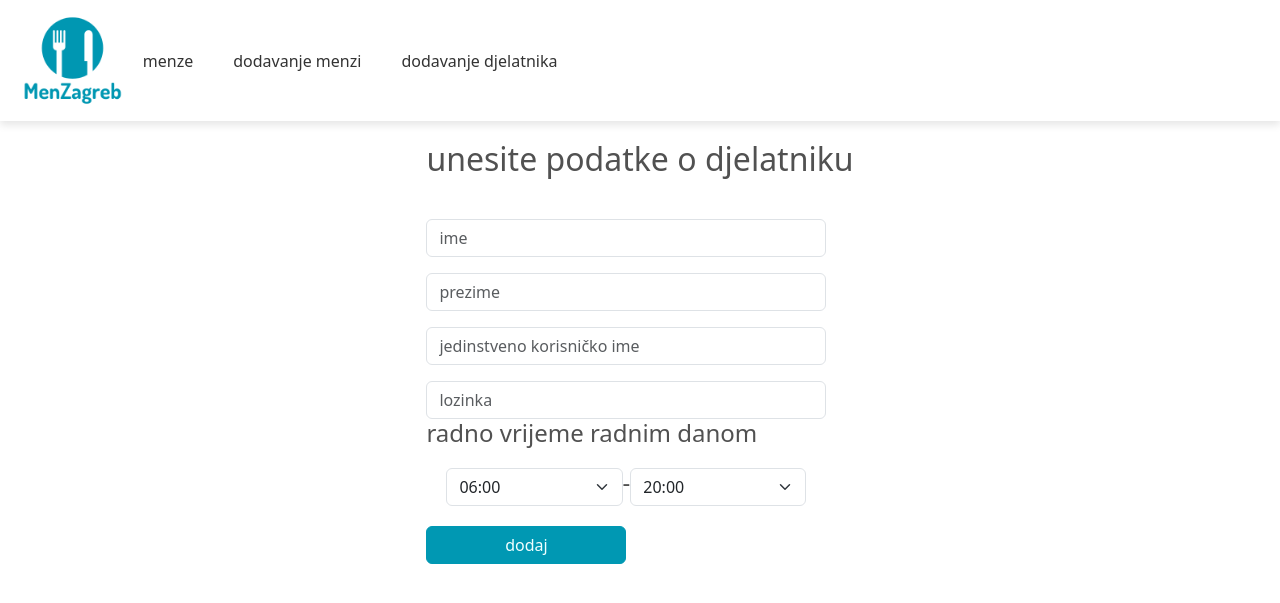
Repository: MENZG/menZg
Page: /admin/dodajDjelatnika (app in IzvorniKod/)
These files come from the project's save history. The page is drawn as it stood at one moment and after the next save; the edit follows.
The browser window is 1280 px wide. The pictures show the whole page.
The project was rebuilt for these pictures with package versions that can differ from the ones it lists, and the page was loaded fresh each time. Also part of the build but not shown: IzvorniKod/vite.config.ts, IzvorniKod/src/Components/LoginForm.tsx, IzvorniKod/src/Components/AdminLogin.tsx, IzvorniKod/src/Components/EmployeeLogin.tsx, IzvorniKod/src/Components/NavBar.tsx, IzvorniKod/src/Components/ListaMenza.tsx, IzvorniKod/src/Components/Profil.tsx, IzvorniKod/src/Components/AddMenza.tsx and 5 more.

Above is the page before, as saved 2024-11-06 20:33:33.

### IzvorniKod/index.html
<!DOCTYPE html>
<html lang="en">
  <head>
    <meta charset="UTF-8" />
    <meta name="viewport" content="width=device-width, initial-scale=1.0" />
    <link rel="preconnect" href="https://fonts.googleapis.com">
    <link rel="preconnect" href="https://fonts.gstatic.com" crossorigin>
    <link href="https://fonts.googleapis.com/css2?family=Poiret+One&display=swap" rel="stylesheet">
    <title>MenZG</title>
  </head>
  <body>
    <div id="root"></div>
    <script type="module" src="/src/main.tsx"></script>
  </body>
</html>

### IzvorniKod/src/App.tsx
import {
  BrowserRouter as Router,
  Routes,
  Route,
  Navigate,
} from "react-router-dom";

import LoginForm from "./Components/LoginForm.tsx";
import AdminLogin from "./Components/AdminLogin.tsx";
import "bootstrap/dist/css/bootstrap.min.css";
import EmployeeLogin from "./Components/EmployeeLogin.tsx";
import ListaMenza from "./Components/ListaMenza.tsx";
import Profil from "./Components/Profil.tsx";
import AddMenza from "./Components/AddMenza.tsx";
import AddEmployee from "./Components/AddEmployee.tsx";
import AddWorkingHours from "./Components/AddWorkingHours.tsx";
import AddMeals from "./Components/AddMeals.tsx";
import ListaMenzaAdmin from "./Components/ListaMenzaAdmin.tsx";
import ListaMenzaEmployee from "./Components/ListaMenzaEmployee.tsx";

function App() {
  return (
    <Router>
      <Routes>
        <Route path="/" element={<Navigate to="/login/student" />} />
        <Route path="/login" element={<Navigate to="/login/student" />} />
        <Route path="/login/student" element={<LoginForm />} />
        <Route path="/login/admin" element={<AdminLogin />} />
        <Route path="/login/employee" element={<EmployeeLogin />} />
        <Route path="/menze" element={<ListaMenza />} />
        <Route path="/profil" element={<Profil />} />
        <Route path="/admin/menze" element={<ListaMenzaAdmin />} />
        <Route path="/admin/dodajMenzu" element={<AddMenza />} />
        <Route path="/admin/dodajDjelatnika" element={<AddEmployee />} />
        <Route path="/djelatnik/menze" element={<ListaMenzaEmployee />} />
        <Route path="/djelatnik/dodajJelovnik" element={<AddMeals />} />
        <Route
          path="/djelatnik/dodajRadnoVrijeme"
          element={<AddWorkingHours />}
        />
      </Routes>
    </Router>
  );
}

export default App;

### IzvorniKod/src/Components/AddEmployee.tsx
import NavBarAdmin from "./NavBarAdmin";
import { Button, Form } from "react-bootstrap";

const AddEmployee = () => {
  return (
    <>
      <NavBarAdmin />
      <div className="dodaj-djelatnika-container">
        <h2 className="h2">unesite podatke o djelatniku</h2>
        <Form className="w-100" style={{ maxWidth: "400px" }}>
          <Form.Group className="mb-3">
            <Form.Control
              className="form-control"
              type="name"
              placeholder="ime"
            />
          </Form.Group>

          <Form.Group className="mb-3">
            <Form.Control
              className="form-control"
              type="last-name"
              placeholder="prezime"
            />
          </Form.Group>

          <Form.Group className="mb-3">
            <Form.Control
              className="form-control"
              type="text"
              placeholder="jedinstveno korisničko ime"
            />
          </Form.Group>

          <Form.Control
            className="form-control"
            type="text"
            placeholder="lozinka"
          />

          <h4 className="h4">radno vrijeme radnim danom</h4>
          <div className="select-container">
            <select className="form-select" aria-label="Default select example">
              <option selected>06:00</option>
              <option value="6">06:00</option>
              <option value="7">07:00</option>
              <option value="8">08:00</option>
              <option value="9">09:00</option>
              <option value="10">10:00</option>
              <option value="11">11:00</option>
              <option value="12">12:00</option>
              <option value="13">13:00</option>
              <option value="14">14:00</option>
              <option value="15">15:00</option>
              <option value="16">16:00</option>
              <option value="17">17:00</option>
              <option value="18">18:00</option>
              <option value="19">19:00</option>
              <option value="20">20:00</option>
              <option value="21">21:00</option>
              <option value="22">22:00</option>
              <option value="23">23:00</option>
            </select>
            <h4 className="h4"> - </h4>
            <select className="form-select" aria-label="Default select example">
              <option selected>20:00</option>
              <option value="6">06:00</option>
              <option value="7">07:00</option>
              <option value="8">08:00</option>
              <option value="9">09:00</option>
              <option value="10">10:00</option>
              <option value="11">11:00</option>
              <option value="12">12:00</option>
              <option value="13">13:00</option>
              <option value="14">14:00</option>
              <option value="15">15:00</option>
              <option value="16">16:00</option>
              <option value="17">17:00</option>
              <option value="18">18:00</option>
              <option value="19">19:00</option>
              <option value="20">20:00</option>
              <option value="21">21:00</option>
              <option value="22">22:00</option>
              <option value="23">23:00</option>
            </select>
          </div>

          <Button variant="primary" type="submit" className="w-50 mb-3">
            dodaj
          </Button>
        </Form>
      </div>
    </>
  );
};

export default AddEmployee;

### IzvorniKod/src/styles/ListaMenza.css
/*.card-container {
    display: grid;
    grid-template-columns: repeat(auto-fill, minmax(18rem, 1fr));
    gap: 1rem;
    padding: 1rem;
    justify-items: center;
    align-items: start;
    padding-top: 20vh;
  }*/

  .card-container {
    display: grid;
    grid-template-columns: repeat(3, 1fr); /* Maksimalno 3 stupca */
    gap: 1rem;
    padding: 1rem;
    justify-items: center;
    justify-content: center;
    align-items: start;
    padding-top: 20vh;
    max-width: 75vw; /* Održite ovu širinu za udaljenost od rubova */
    margin-left: auto; /* Centriranje pomoću automatskih margina */
    margin-right: auto;
  }

  /* Smanji na 2 stupca za srednje ekrane */
  @media (max-width: 768px) {
    .card-container {
      grid-template-columns: repeat(2, 1fr);
    }
  }

  /* Smanji na 1 stupac za male ekrane (mobitele) */
  @media (max-width: 480px) {
    .card-container {
      grid-template-columns: 1fr;
    }
  }

  .card {
    box-shadow: 0px 4px 8px rgba(0, 0, 0, 0.2);
    border-radius: 8px;
    transition: transform 0.3s ease;
  }

  .card:hover {
    transform: scale(1.05);
  }

  .card img {
    border-top-left-radius: 8px;
    border-top-right-radius: 8px;
    object-fit: cover;
    height: 25vh;
  }

  .btn-primary{
    background-color: #0098b3;
    color: azure;
    border-color: #0098b3;
  }

  .btn-primary:hover{
    background-color: #00758a;
    border-color: #00758a;
  }

  .button-container {
    text-align: center;
  }

### IzvorniKod/src/Components/NavBarAdmin.tsx
import "/src/styles/NavBar.css";
import { useNavigate } from "react-router-dom";
import { Button } from "react-bootstrap";

const NavBarAdmin = () => {
  const navigate = useNavigate();

  const handleOnClickMenze = () => {
    navigate("/admin/menze");
  };

  const handleOnClickAddMenza = () => {
    navigate("/admin/dodajMenzu");
  };

  const handleOnClickAddEmployee = () => {
    navigate("/admin/dodajDjelatnika");
  };
  return (
    <nav className="navbar navbar-expand-lg bg-body-tertiary navbar-bg">
      <div className="container-fluid">
        <img
          src="/src/public/MenZagreb.png"
          alt="logo slika"
          className="logo-img"
        ></img>
        <div className="nav-btn-container">
          <ul className="navbar-nav me-auto mb-2 mb-lg-0">
            <li className="nav-item">
              <Button className="nav-btn" onClick={handleOnClickMenze}>
                menze
              </Button>
            </li>
            <li className="nav-item">
              <Button className="nav-btn" onClick={handleOnClickAddMenza}>
                dodavanje menzi
              </Button>
            </li>
            <li className="nav-item">
              <Button className="nav-btn" onClick={handleOnClickAddEmployee}>
                dodavanje djelatnika
              </Button>
            </li>
          </ul>
        </div>
      </div>
    </nav>
  );
};

export default NavBarAdmin;

### IzvorniKod/src/styles/AddMenza.css
.dodaj-menzu-container{
    display: flex;
    flex-direction: column;
    align-items: center; /* Centers the children horizontally */
    justify-content: center; /* Centers the children vertically, if needed */
    text-align: center;
}

.h2{
    color: rgb(81, 81, 81);
    margin-bottom: 40px;
}
.h4{
    color: rgb(81, 81, 81);
}

body {
    display: flex;
    justify-content: center; /* Centers horizontally */
    align-items: center; /* Centers vertically */
    min-height: 100vh; /* Ensures the body takes the full height of the viewport */
    margin: 0; /* Removes default margin */
  }

.select-container{
    display: flex;
    flex-direction: row;
    margin: 20px;
}

### IzvorniKod/src/styles/NavBar.css
.logo-img {
    height: 14vh;
    margin: 0;
}

.nav-item .nav-btn {
    background: none; /* Ukloni pozadinu */
    border: none; /* Ukloni okvir */
    color: #333; /* Postavi osnovnu boju teksta */
    font-weight: normal; /* Postavi običan tekst bez boldovanja */
    cursor: pointer; /* Prikaz kursora kao pointer */
    padding: 0; /* Ukloni padding */
    text-decoration: none; /* Ukloni podvlačenje teksta */
    margin: 0 20px; /* Dodaj horizontalni razmak između dugmadi */
}

.nav-item .nav-btn:hover {
    color: #0098b3; /* Promeni boju teksta na hover */
    background: none;
}

.nav-btn-container {
    display: flex;
    justify-content: center;
    gap: 20px; /* Razmak između dugmadi */
    width: 100%; /* Proširi na celu širinu navigacije */
    align-items: center; /* Vertikalno centriraj dugmad */
}
.navbar-bg {
    background-color: white !important; /* Prisiljava belu pozadinu */
}
.navbar {
    position: fixed;
    top: 0;
    left: 0;
    width: 100%;
    z-index: 1000; /* Ensures the navbar stays on top of other elements */
    background-color: white; /* Ensures the navbar background stays visible */
    box-shadow: 0 4px 8px rgba(0, 0, 0, 0.1); /* Adds shadow */
    padding: 10px 10px;
}
.container-fluid{
    margin: 0;
}

Loaded but not shown: IzvorniKod/src/main.tsx (common file)

After the next save:
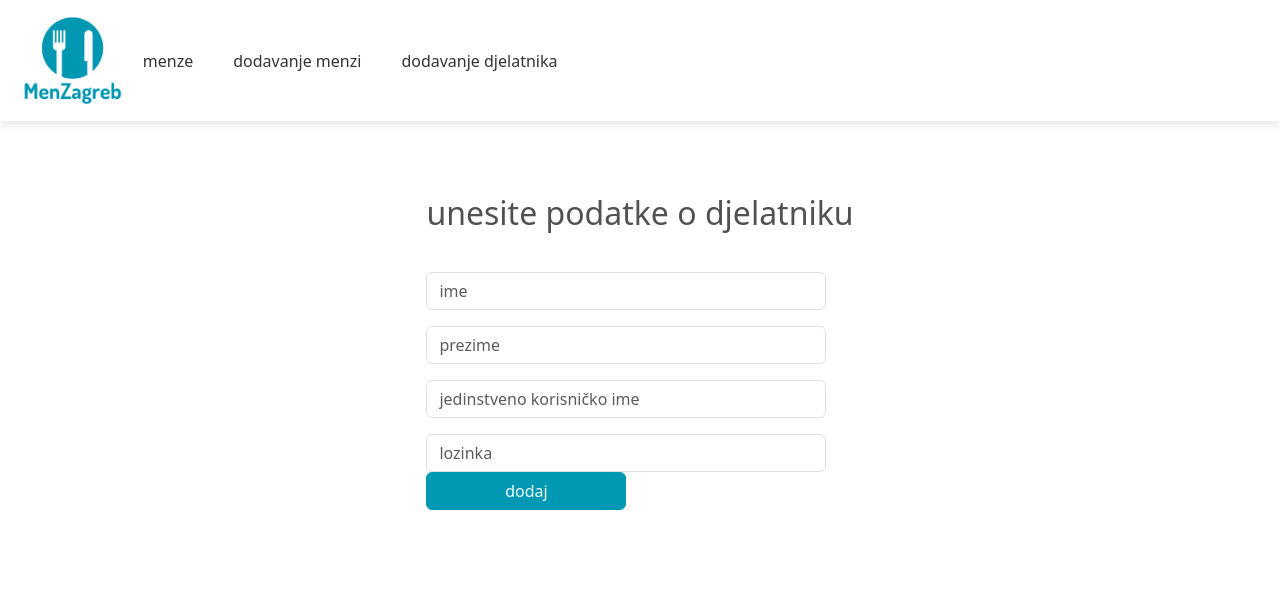
Saved 27 s later.
--- a/IzvorniKod/src/Components/AddEmployee.tsx
+++ b/IzvorniKod/src/Components/AddEmployee.tsx
@@ -38,53 +38,6 @@ const AddEmployee = () => {
             placeholder="lozinka"
           />
 
-          <h4 className="h4">radno vrijeme radnim danom</h4>
-          <div className="select-container">
-            <select className="form-select" aria-label="Default select example">
-              <option selected>06:00</option>
-              <option value="6">06:00</option>
-              <option value="7">07:00</option>
-              <option value="8">08:00</option>
-              <option value="9">09:00</option>
-              <option value="10">10:00</option>
-              <option value="11">11:00</option>
-              <option value="12">12:00</option>
-              <option value="13">13:00</option>
-              <option value="14">14:00</option>
-              <option value="15">15:00</option>
-              <option value="16">16:00</option>
-              <option value="17">17:00</option>
-              <option value="18">18:00</option>
-              <option value="19">19:00</option>
-              <option value="20">20:00</option>
-              <option value="21">21:00</option>
-              <option value="22">22:00</option>
-              <option value="23">23:00</option>
-            </select>
-            <h4 className="h4"> - </h4>
-            <select className="form-select" aria-label="Default select example">
-              <option selected>20:00</option>
-              <option value="6">06:00</option>
-              <option value="7">07:00</option>
-              <option value="8">08:00</option>
-              <option value="9">09:00</option>
-              <option value="10">10:00</option>
-              <option value="11">11:00</option>
-              <option value="12">12:00</option>
-              <option value="13">13:00</option>
-              <option value="14">14:00</option>
-              <option value="15">15:00</option>
-              <option value="16">16:00</option>
-              <option value="17">17:00</option>
-              <option value="18">18:00</option>
-              <option value="19">19:00</option>
-              <option value="20">20:00</option>
-              <option value="21">21:00</option>
-              <option value="22">22:00</option>
-              <option value="23">23:00</option>
-            </select>
-          </div>
-
           <Button variant="primary" type="submit" className="w-50 mb-3">
             dodaj
           </Button>
